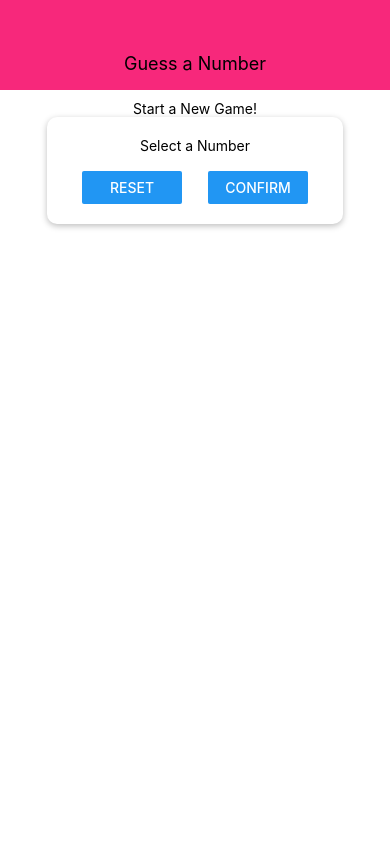
Repository: ChidiChuks/rn-second-project
Screen: / (app in second-project/)
An editor plug-in stored every save of this project. The screen is shown before and after a run of saves, followed by the edit.
The app was drawn by React Native's web renderer in a window 390 px wide. The project was rebuilt for these pictures with package versions that can differ from the ones it lists, and the page was loaded fresh each time.

Above is the screen before, as saved 2019-10-23 13:43:30.

After the next 2 saves:
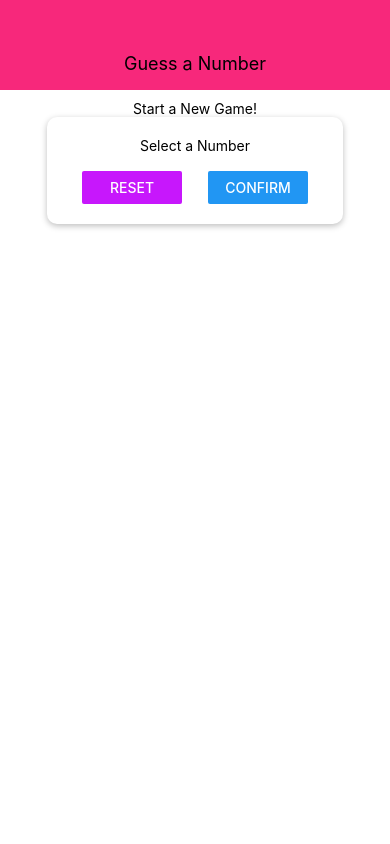
The 2 saves are shown as one change because 1 did not build or start.
The last was saved 62 s later.
--- a/second-project/screens/StartGameScreen.js
+++ b/second-project/screens/StartGameScreen.js
@@ -12,10 +12,10 @@ const StartGameScreen = props => {
         <TextInput />
         <View style={styles.buttonContainer}>
           <View style={styles.button}>
-            <Button title="Reset" onPress={() => {}} />
+            <Button title="Reset" onPress={() => {}} color='#c717fc' />
           </View>
           <View style={styles.button}>
-            <Button title="Confirm" onPress={() => {}} />
+            <Button title="Confirm" onPress={() => {}} color='' />
           </View>
         </View>
       </Card>
